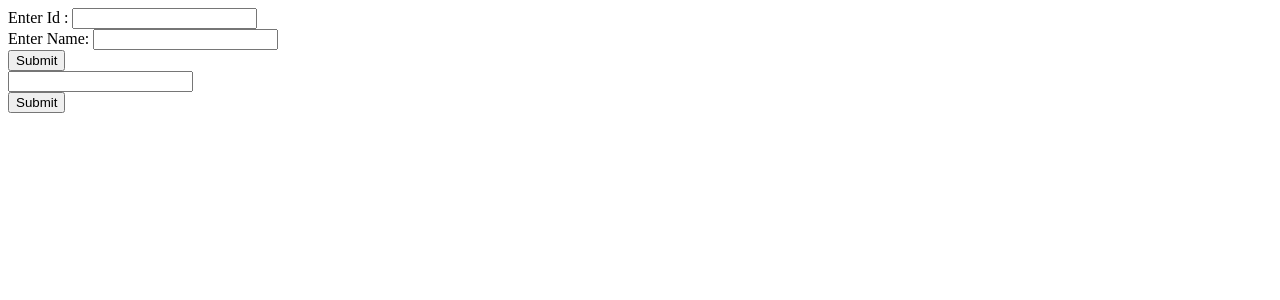
Repository: yuvan11/SBootExamples
Page: http://localhost/SpringBootJPA/home.jsp
An editor plug-in stored every save of this project. The page is shown before and after the next save, followed by the edit.
The browser window is 1280 px wide. The pictures show the whole page.
The page is served by Tomcat 9. Other server files are loaded and not shown.

Above is the page before, as saved 2020-08-04 14:26:39.

### SpringBootJPA/src/main/webapp/home.jsp
<%@ page language="java" contentType="text/html; charset=ISO-8859-1"
    pageEncoding="ISO-8859-1"%>
<!DOCTYPE html>
<html>
<head>
<meta charset="ISO-8859-1">
<title>Insert title here</title>
</head>
<body>

<form action="addAlien">
Enter Id  :  <input type="text" name="aid"><br>
Enter Name:  <input type="text" name="aname"><br>
<input type="submit"><br>
</form>

<form action="getAlien">
<input type="text" name="aid"><br>
<input type="submit"><br>
</form>

</body>
</html>

After the next save:
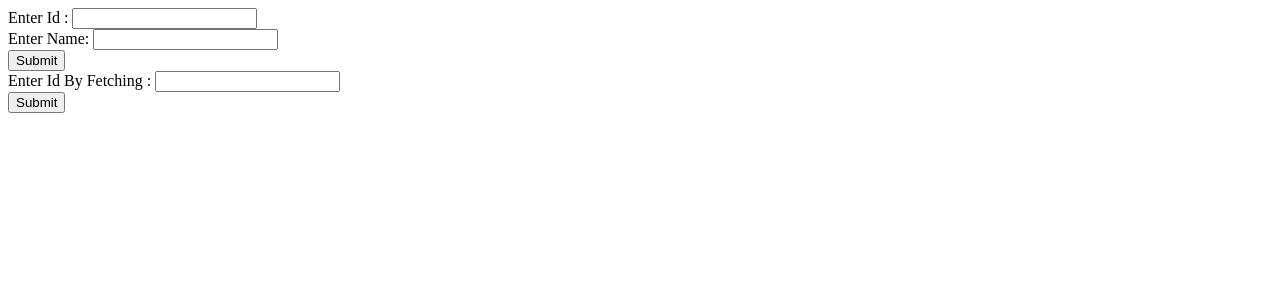
Saved 31 s later.
--- a/SpringBootJPA/src/main/webapp/home.jsp
+++ b/SpringBootJPA/src/main/webapp/home.jsp
@@ -15,7 +15,7 @@ Enter Name:  <input type="text" name="aname"><br>
 </form>
 
 <form action="getAlien">
-<input type="text" name="aid"><br>
+Enter Id By Fetching : <input type="text" name="aid"><br>
 <input type="submit"><br>
 </form>
 
